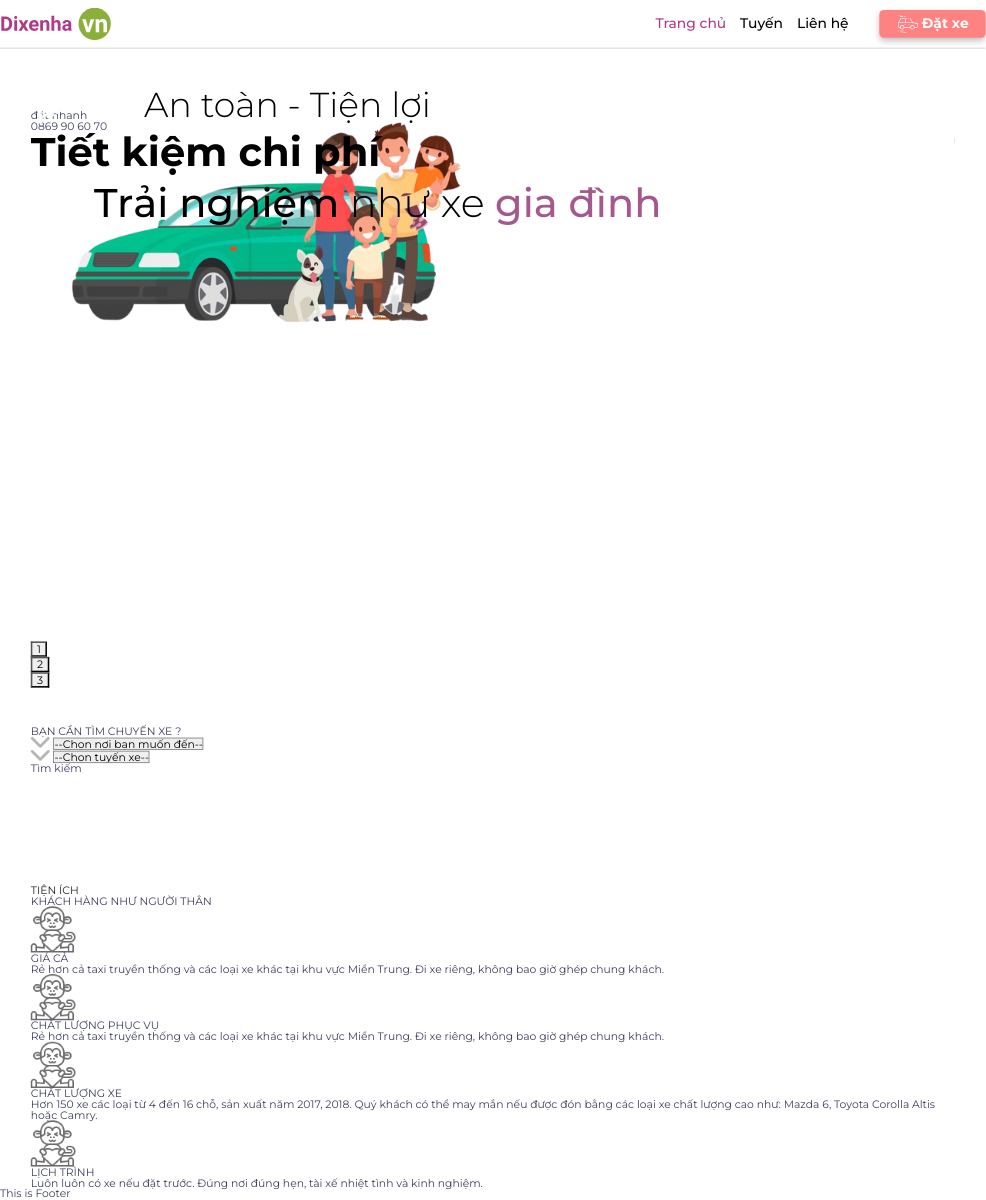
Repository: thanhthien0706/last_project--fe004
Page: lastProductF004/dist/index.html
The author's editor kept a copy of each file at every save. The page is drawn from the files as they stood at one save, then again after the next save.
The browser window is 1280 px wide. The pictures show the whole page, at 77% of full size.
Some web libraries are served in a nearby version. The style sheet was rebuilt from its Sass, Less or Tailwind sources for each picture, by a compiler version that may differ from the author's.

Above is the page before, as saved 2021-09-16 19:38:57.

After the next save:
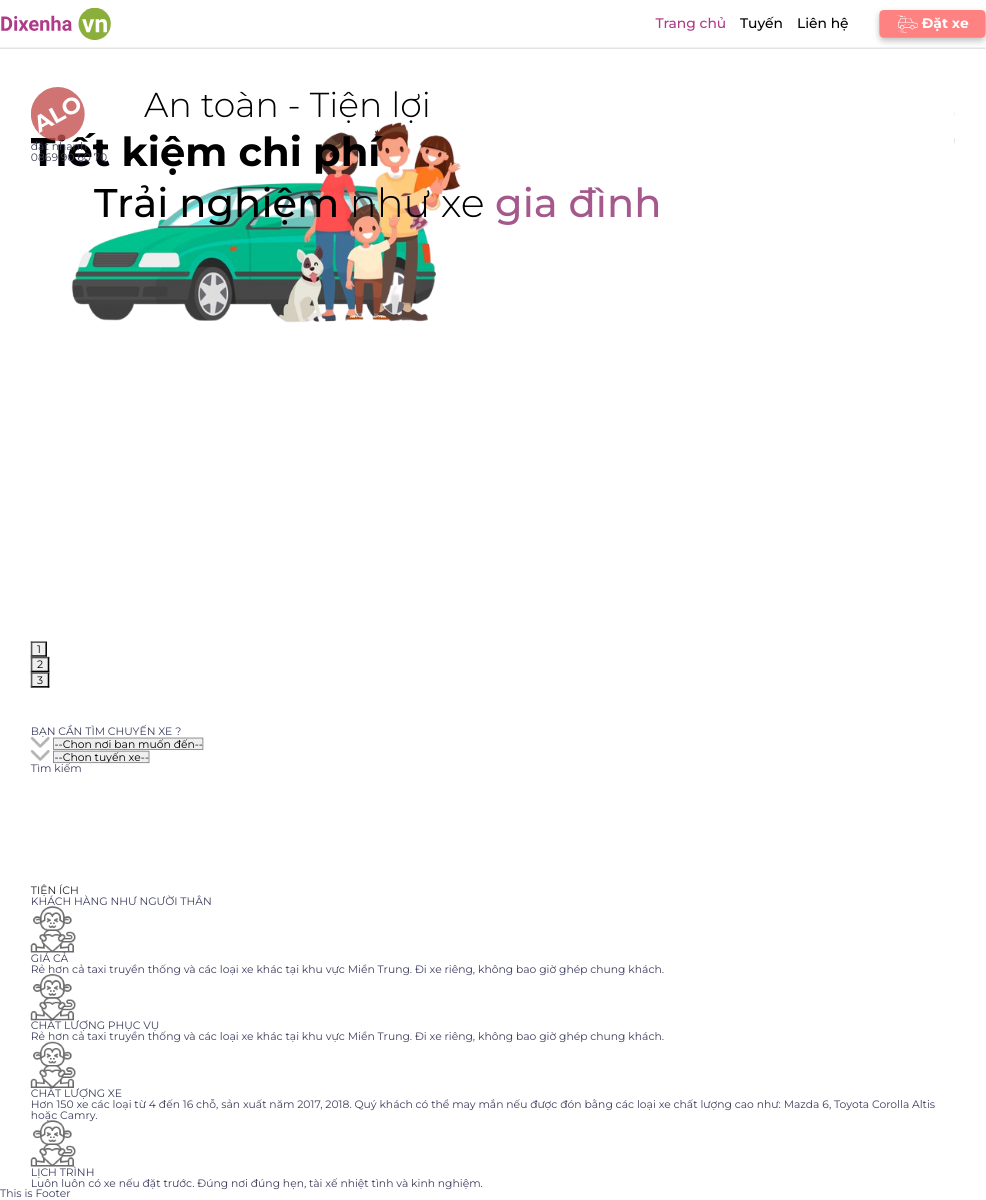
Saved 5 min 50 s later.
--- a/lastProductF004/src/styles/pages/_homepage.scss
+++ b/lastProductF004/src/styles/pages/_homepage.scss
@@ -49,11 +49,19 @@ html {
             .box_contact{
                 position: absolute;
                 .box_icon{
+                    width: 70px;
+                    height: 70px;
+                    background-color: rgba(197, 81, 81, 0.8);
+                    border-radius: 50%;
+                    position: relative;
                     p{
                         @include font_size(30);
                         font-weight: bold;
                         color: #fff;
-                        transform: rotate(-30deg);
+                        position: absolute;
+                        top: 50%;
+                        left: 50%;
+                        transform: translate(-50%, -50%) rotate(-29deg);
                     }
                 }
             }
